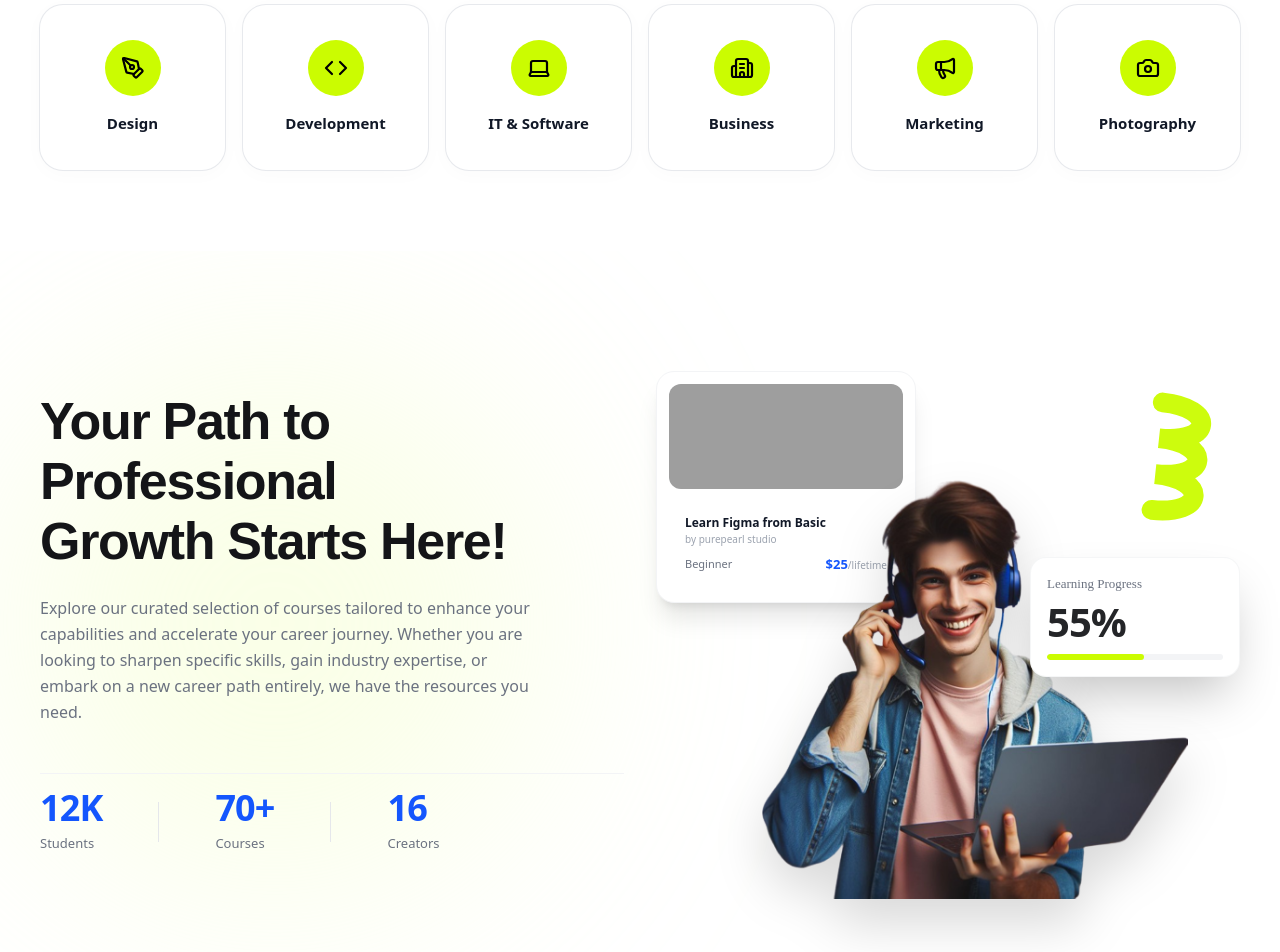
Repository: mdkawsarjomadder/bytespace
Page: /
An editor plug-in stored every save of this project. The page is shown before and after the next save, followed by the edit.
The browser window is 1280 px wide. The pictures show the part of the page from y = 2896 to 3848 px (the page is 3891 px tall).
Pictures or frames that could not be fetched are drawn as grey boxes. Some web fonts or font styles are not loaded; a fallback is used. The project was rebuilt for these pictures with package versions that can differ from the ones it lists, and the page was loaded fresh each time. Also part of the build but not shown: vite.config.js.

Above is the page before, as saved 2026-09-29 23:55:30.

After the next save:
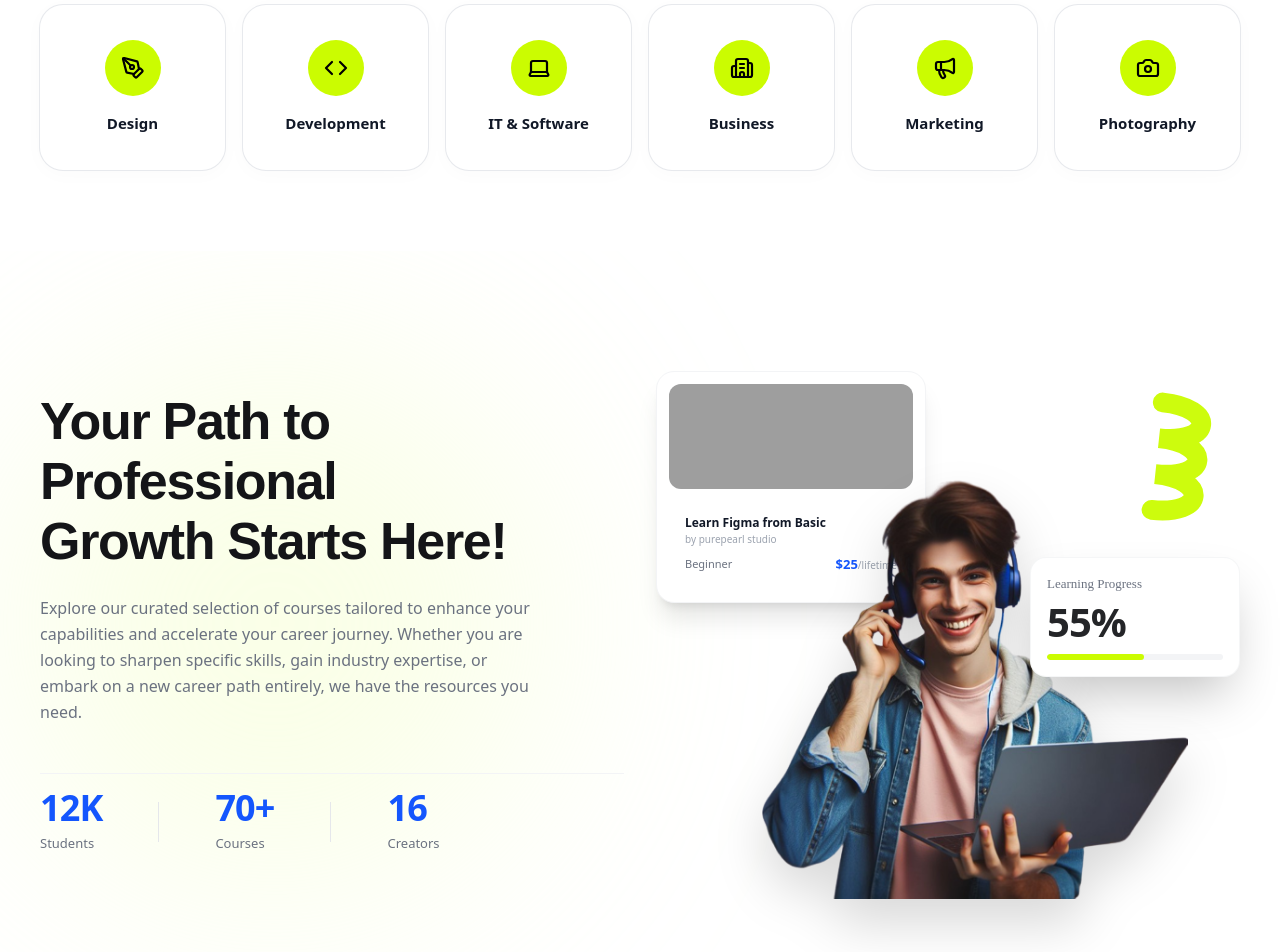
Saved 4 s later.
--- a/src/components/GrowthStats.jsx
+++ b/src/components/GrowthStats.jsx
@@ -70,7 +70,7 @@ const GrowthStats = () => {
             </div>
 
             {/* Back Left Miniature Course Card (Figma Exact) */}
-            <div className="absolute left-0 top-6 z-10 w-[260px] bg-white rounded-[18px] p-3 shadow-xl border border-gray-100 hidden sm:block">
+            <div className="absolute left-0 top-6 z-10 w-[270px] bg-white rounded-[18px] p-3 shadow-xl border border-gray-100 hidden sm:block">
               <div className="w-full h-[105px] rounded-[12px] overflow-hidden bg-gray-100">
                 <img
                   src="https://images.unsplash.com/photo-1581291518857-4e27b48ff24e?auto=format&fit=crop&w=400&q=80"
